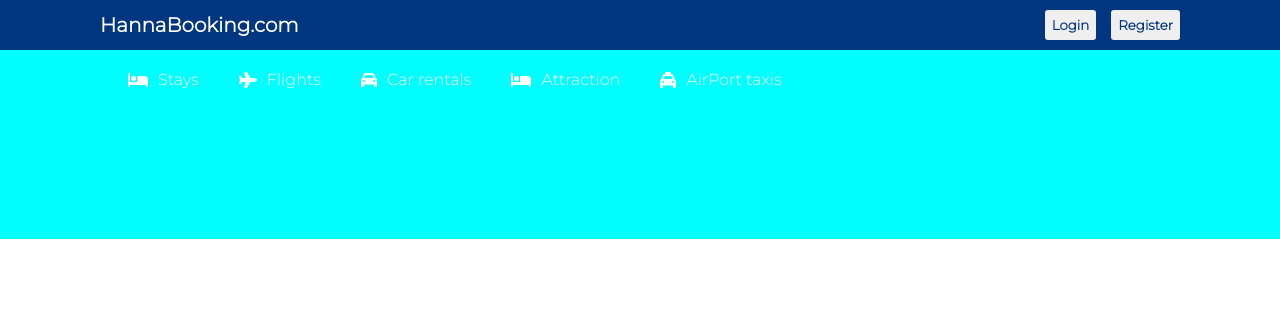
Repository: truongnguyenuit/BookingWebApp
Page: /
An editor plug-in stored every save of this project. The page is shown before and after a run of saves, followed by the edit.
The browser window is 1280 px wide. The pictures show the whole page.
The project was rebuilt for these pictures with package versions that can differ from the ones it lists, and the page was loaded fresh each time.

Above is the page before, as saved 2022-05-26 15:34:43.

After the next 5 saves:
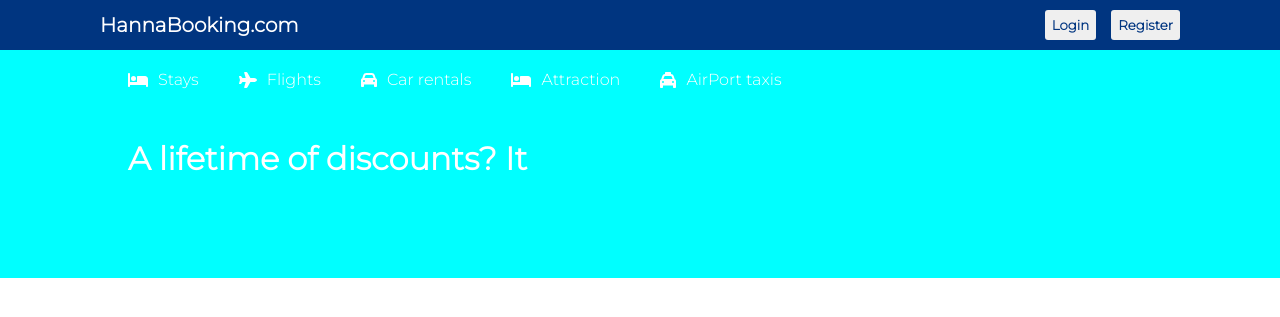
The 5 saves are shown as one change because they came seconds apart.
The last was saved 23 s later.
--- a/src/components/header/Header.jsx
+++ b/src/components/header/Header.jsx
@@ -59,7 +59,7 @@ const Header = ({ type }) => {
                 </div>
                 <>
                     <h1 className="HeaderTitle">
-
+                        A lifetime of discounts? It
                     </h1>
                 </>
             </div>
